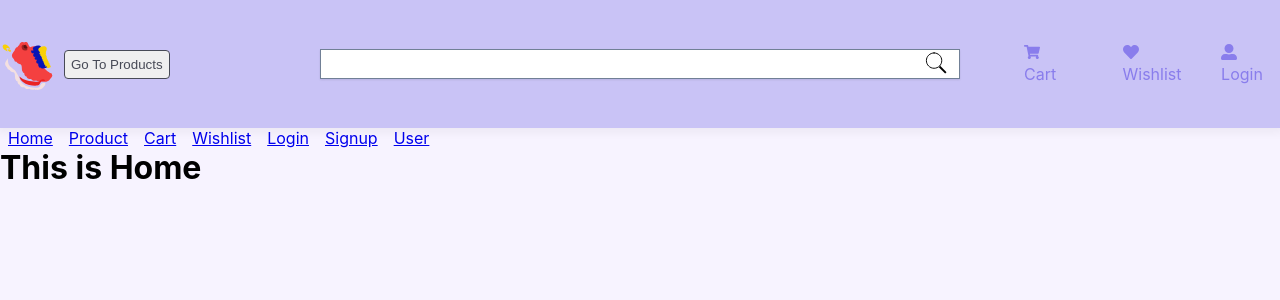
Repository: Irfan-vit/shoecase
Page: /
The author's editor kept a copy of each file at every save. The page is drawn from the files as they stood at one save, then again after the next save.
The browser window is 1280 px wide. The pictures show the whole page.
The page's requests for data from a server got no answer. The project was rebuilt for these pictures with package versions that can differ from the ones it lists, and the page was loaded fresh each time. No one was signed in, and anything a server would have sent is missing. Also part of the build but not shown: src/pages/Product/ProductPage.jsx, src/pages/cart/CartPage.jsx, src/pages/wishlist/WishlistPage.jsx, src/pages/login/LoginPage.jsx, src/pages/signup/SignupPage.jsx, src/pages/user/StyledUser.jsx, src/components/forms/addAddress/AddAddress.jsx, src/components/forms/editAddress/EditAddress.jsx and 4 more.

Above is the page before, as saved 2023-05-22 04:30:32.

After the next save:
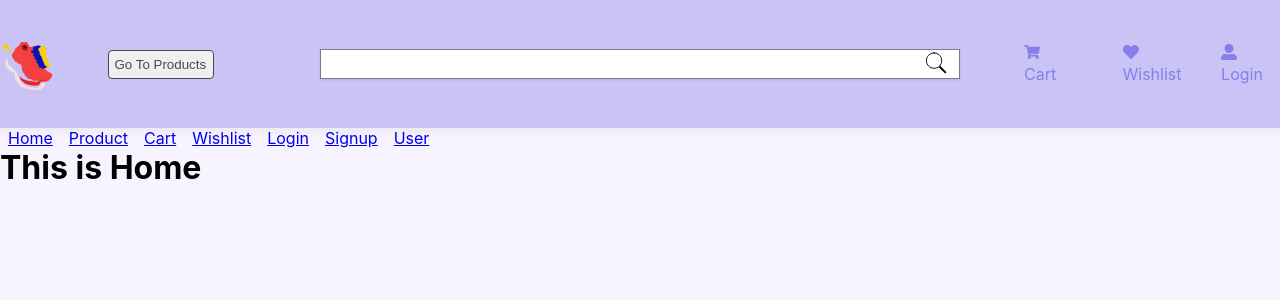
Saved 3 s later.
--- a/src/styles/NavBarStyles.jsx
+++ b/src/styles/NavBarStyles.jsx
@@ -23,7 +23,7 @@ const StyledNav = styled.nav`
       display: flex;
       align-items: center;
       flex-basis: 20%;
-      gap
+      gap: 2%;
       > * {
         flex-basis: 40%;
       }
